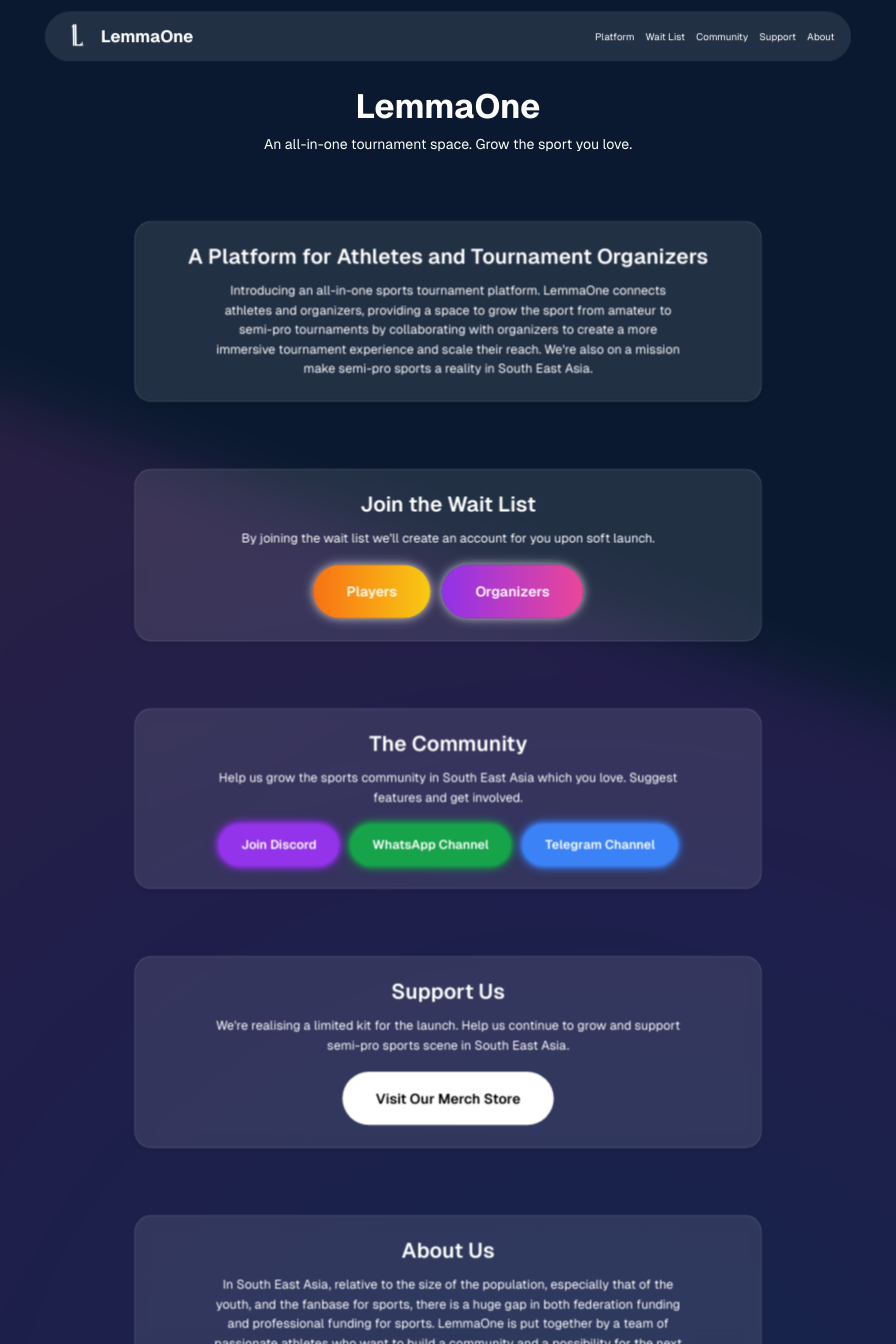
Repository: yao-creative/lemma-one-launch
Page: /
The author's editor kept a copy of each file at every save. The page is drawn from the files as they stood at one save, then again after the next save.
The browser window is 1280 px wide. The pictures show the part of the page from y = 0 to 1920 px (the page is 2996 px tall), at 70% of full size.
The project was rebuilt for these pictures with package versions that can differ from the ones it lists, and the page was loaded fresh each time. The framework's server and built-in components were replaced by stand-ins that run in the browser. Also part of the build but not shown: next.config.js, next.config.mjs, app/components/WaitListForm.tsx.

Above is the page before, as saved 2024-09-28 15:12:02.

### app/layout.tsx
import type { Metadata } from "next";
import localFont from "next/font/local";
import "./globals.css";

const geistSans = localFont({
  src: "./fonts/GeistVF.woff",
  variable: "--font-geist-sans",
  weight: "100 900",
});

const geistMono = localFont({
  src: "./fonts/GeistMonoVF.woff",
  variable: "--font-geist-mono",
  weight: "100 900",
});

const nikeFont = localFont({
  src: "./fonts/Futura-Condensed-Extra-Bold.otf",
  variable: "--font-nike",
});

export const metadata: Metadata = {
  title: "LemmaOne",
  description: "A space for semi-pro athletes. Growing the sport we love.",
};

export default function RootLayout({
  children,
}: Readonly<{
  children: React.ReactNode;
}>) {
  return (
    <html lang="en">
      <body
        className={`${geistSans.variable} ${geistMono.variable} ${nikeFont.variable} antialiased`}
      >
        {children}
      </body>
    </html>
  );
}

### app/page.tsx
'use client';

import { useRef, useState } from 'react';
import Image from 'next/image';
import { signUpWithGoogle, signUpWithFacebook, signUpWithPhone } from './lib/auth';
import { ApplicationVerifier } from 'firebase/auth';
import WaitListForm from './components/WaitListForm';
import FAQSection from './components/FAQSection';
import AboutSection from './components/AboutSection';

export default function Home() {
  const [menuOpen, setMenuOpen] = useState(false);
  const platformRef = useRef<HTMLElement>(null);
  const waitListRef = useRef<HTMLElement>(null);
  const communityRef = useRef<HTMLElement>(null);
  const supportRef = useRef<HTMLElement>(null);
  const aboutRef = useRef<HTMLElement>(null);
  const faqRef = useRef<HTMLElement>(null);

  const scrollToSection = (ref: React.RefObject<HTMLElement>) => {
    ref.current?.scrollIntoView({ behavior: 'smooth' });
    setMenuOpen(false);
  };

  const [openFAQ, setOpenFAQ] = useState<number | null>(null);

  const toggleFAQ = (index: number) => {
    setOpenFAQ(openFAQ === index ? null : index);
  };

  const faqs = [
    {
      question: "Why LemmaOne?",
      answer: "A Lemma is a term in mathematics for an intermediate result or tool to prove a theorem. We are creating LemmaOne to prove that semi-pro sports is possible in South East Asia."
    },
    {
      question: "When are we planning to launch?",
      answer: "We plan on launching end of October or sometime in November with initial features and then add more features as we grow."
    },
    {
      question: "How can I join the wait list?",
      answer: "You can join the wait list by clicking on either the 'Players' or 'Organizers' button in the 'Join the Wait List' section and filling the form. We'll create an account for you upon soft launch."
    },
    {
      question: "What sports do you intend to add?",
      answer: "Currently Badminton, Volleyball, Basketball, Football, and Futsal, but we're open to suggestions"
    },
    {
      question: "What Features do we intend to add?",
      answer: "We're currently building a platform for sports hosting, but would like to grow into an interactive community to help build local tournaments to create a more immersive tournament experience, broaden their reach, and find new monetization methods. This way we can help grow a sustainable semi-pro sports community in South East Asia. "
    },
    {
      question: "Feature Suggestions?",
      answer: "We're always looking for new ideas an feature improvements. Join the Discord to build a community with us."
    },
    {
      question: "Have something to contribute?",
      answer: (
        <div className="flex flex-col items-center">
          <p>We're always looking for passionate web developers, designers, people with ideas, and passionate athletes to grow the community. You can contact us through our email or team member linkedin pages.</p>
          <a href="mailto:yytanwork@gmail.com" className="mt-2">
            <Image src="/icons/email.svg" alt="Email" width={24} height={24} />
          </a>
        </div>
      ),
    }

  ];

  const [showPlayerForm, setShowPlayerForm] = useState(false);
  const [showOrganizerForm, setShowOrganizerForm] = useState(false);
  const [formData, setFormData] = useState({
    name: '',
    sports: [] as string[],
    otherSports: [] as string[], // Changed from otherSport to otherSports
    interestLevel: '',
    features: '',
    interestedFeatures: [] as string[],
  });

  const handleInputChange = (e: React.ChangeEvent<HTMLInputElement | HTMLSelectElement | HTMLTextAreaElement>) => {
    const { name, value, type } = e.target;

    if (type === 'select-multiple') {
      const select = e.target as HTMLSelectElement;
      const selectedOptions = Array.from(select.selectedOptions).map(option => option.value);
      setFormData(prevData => ({
        ...prevData,
        [name]: selectedOptions,
      }));
    } else {
      setFormData(prevData => ({
        ...prevData,
        [name]: value,
      }));
    }
  };


  const toggleForm = (formType: 'player' | 'organizer') => {
    if (formType === 'player') {
      setShowPlayerForm(true);
      setShowOrganizerForm(false);
    } else {
      setShowPlayerForm(false);
      setShowOrganizerForm(true);
    }
    // Don't reset form data when switching between forms
  };

  const handleSubmit = (e: React.FormEvent<HTMLFormElement>) => {
    e.preventDefault();
    // Here you would handle the form submission, including OAuth authentication
    console.log('Form submitted:', formData);
    // Reset form and hide it after submission
    setFormData({ name: '', sports: [], interestLevel: '', features: '', interestedFeatures: [] });
    setShowPlayerForm(false);
    setShowOrganizerForm(false);
  };

  const handleSignUp = async (method: 'google' | 'facebook' | 'phone') => {
    try {
      let user;
      switch (method) {
        case 'google':
          user = await signUpWithGoogle(formData);
          break;
        case 'facebook':
          user = await signUpWithFacebook(formData);
          break;
        case 'phone':
          // You'll need to implement a way to get the phone number and set up the ApplicationVerifier
          const phoneNumber = '+1234567890'; // Replace with actual phone number input
          const appVerifier = {} as ApplicationVerifier; // Replace with actual ApplicationVerifier
          user = await signUpWithPhone(phoneNumber, appVerifier, formData);
          break;
      }
      console.log('User signed up:', user);
      // Handle successful sign-up (e.g., show a success message, redirect, etc.)
    } catch (error) {
      console.error('Error signing up:', error);
      // Handle sign-up error (e.g., show an error message)
    }
  };

  return (
    <div className="min-h-screen bg-darkBlue text-white relative overflow-hidden">
      {/* Background layer with glass morphism effect */}
      <div className="absolute inset-0 overflow-hidden">
        <div className="glassmorphism-bg"></div>
      </div>

      <nav className="fixed top-0 left-0 right-0 z-50">
        <div className="mx-auto max-w-6xl mt-4 px-6 py-3 bg-white/10 backdrop-blur-md rounded-full flex justify-between items-center">
          <div className="flex items-center space-x-2">
            <Image src="/logo192.png" alt="LemmaOne Logo" width={48} height={40} />
            <h1 className="text-2xl font-bold font-nike">LemmaOne</h1>
          </div>
          <div className="hidden md:flex space-x-4 items-center">
            <button onClick={() => scrollToSection(platformRef)} className="text-sm hover:text-gray-300">Platform</button>
            <button onClick={() => scrollToSection(waitListRef)} className="text-sm hover:text-gray-300">Wait List</button>
            <button onClick={() => scrollToSection(communityRef)} className="text-sm hover:text-gray-300">Community</button>
            <button onClick={() => scrollToSection(supportRef)} className="text-sm hover:text-gray-300">Support</button>
            <button onClick={() => scrollToSection(aboutRef)} className="text-sm hover:text-gray-300">About</button>
          </div>
          <button onClick={() => setMenuOpen(!menuOpen)} className="md:hidden">
            <svg className="w-6 h-6" fill="none" stroke="currentColor" viewBox="0 0 24 24" xmlns="http://www.w3.org/2000/svg">
              <path strokeLinecap="round" strokeLinejoin="round" strokeWidth={2} d="M4 6h16M4 12h16M4 18h16" />
            </svg>
          </button>
        </div>
        {menuOpen && (
          <div className="md:hidden absolute top-full left-0 right-0 bg-black/90 backdrop-blur-md py-4">
            <button onClick={() => scrollToSection(platformRef)} className="block w-full text-left px-6 py-2 hover:bg-white/10">Platform</button>
            <button onClick={() => scrollToSection(waitListRef)} className="block w-full text-left px-6 py-2 hover:bg-white/10">Join Wait List</button>
            <button onClick={() => scrollToSection(communityRef)} className="block w-full text-left px-6 py-2 hover:bg-white/10">Community</button>
            <button onClick={() => scrollToSection(supportRef)} className="block w-full text-left px-6 py-2 hover:bg-white/10">Support</button>
            <button onClick={() => scrollToSection(aboutRef)} className="block w-full text-left px-6 py-2 hover:bg-white/10">About</button>
          </div>
        )}
      </nav>

      <main className="relative z-10 flex min-h-screen flex-col items-center justify-between p-4 md:p-24 space-y-16 md:space-y-24 pt-24 md:pt-32">
        <section className="text-center flex flex-col items-center title-section">
          <h2 className="text-4xl md:text-5xl font-bold font-nike mb-4">LemmaOne</h2>
          <p className="text-lg md:text-xl max-w-2xl">An all-in-one tournament space. Grow the sport you love.</p>
        </section>

        <section ref={platformRef} className="text-center flex flex-col items-center justify-center w-full max-w-4xl section-glass rounded-3xl p-8 my-16">
          <h3 className="text-2xl md:text-3xl font-semibold font-nike mb-4">A Platform for Athletes and Tournament Organizers</h3>
          <p className="text-base md:text-lg max-w-2xl">
            Introducing an all-in-one sports tournament platform. LemmaOne connects athletes and organizers, providing a space to grow the sport from amateur to semi-pro tournaments by collaborating with organizers to create a more immersive tournament experience and scale their reach. We're also on a mission make semi-pro sports a reality in South East Asia.
          </p>
        </section>

        <section ref={waitListRef} className="text-center flex flex-col items-center justify-center w-full max-w-4xl section-glass rounded-3xl p-8 my-16">
          <h3 className="text-2xl md:text-3xl font-semibold font-nike mb-4">Join the Wait List</h3>
          <p className="text-base md:text-lg mb-6 max-w-2xl">
            By joining the wait list we'll create an account for you upon soft launch.
          </p>
          <div className="flex flex-col md:flex-row justify-center space-y-4 md:space-y-0 md:space-x-4">
            <button
              onClick={() => toggleForm('player')}
              className={`px-12 py-6 rounded-full text-xl font-semibold text-white transition-all duration-300 animate-pulse-subtle glow-button ${
                showPlayerForm ? 'bg-gradient-to-r from-orange-600 to-yellow-500' : 'bg-gradient-to-r from-orange-500 to-yellow-400 hover:from-orange-600 hover:to-yellow-500'
              }`}
            >
              Players
            </button>
            <button
              onClick={() => toggleForm('organizer')}
              className={`px-12 py-6 rounded-full text-xl font-semibold text-white transition-all duration-300 animate-pulse-subtle glow-button ${
                showOrganizerForm ? 'bg-gradient-to-r from-purple-700 to-pink-600' : 'bg-gradient-to-r from-purple-600 to-pink-500 hover:from-purple-700 hover:to-pink-600'
              }`}
            >
              Organizers
            </button>
          </div>

          {(showPlayerForm || showOrganizerForm) && (
            <WaitListForm
              formData={formData}
              setFormData={setFormData}
              handleInputChange={handleInputChange}
              handleSubmit={handleSubmit}
              handleSignUp={handleSignUp}
              showPlayerForm={showPlayerForm}
            />
          )}
        </section>

        <section ref={communityRef} className="text-center flex flex-col items-center justify-center w-full max-w-4xl section-glass rounded-3xl p-8 my-16">
          <h3 className="text-2xl md:text-3xl font-semibold font-nike mb-4">The Community</h3>
          <p className="text-base md:text-lg mb-6 max-w-2xl">
            Help us grow the sports community in South East Asia which you love. Suggest features and get involved.
          </p>
          <div className="flex flex-wrap justify-center gap-4">
            <a href="https://discord.gg/QztR7ZPM" className="inline-block px-8 py-4 rounded-full text-lg bg-purple-600 text-white font-semibold hover:bg-purple-700 transition-colors duration-300 neon-button-purple">
              Join Discord
            </a>
            <a href="#" className="inline-block px-8 py-4 rounded-full text-lg bg-green-600 text-white font-semibold hover:bg-green-700 transition-colors duration-300 neon-button-green">
              WhatsApp Channel
            </a>
            <a href="#" className="inline-block px-8 py-4 rounded-full text-lg bg-blue-500 text-white font-semibold hover:bg-blue-600 transition-colors duration-300 neon-button-blue">
              Telegram Channel
            </a>
          </div>
        </section>

        <section ref={supportRef} className="text-center flex flex-col items-center justify-center w-full max-w-4xl section-glass rounded-3xl p-8 my-16">
          <h3 className="text-2xl md:text-3xl font-semibold font-nike mb-4">Support Us</h3>
          <p className="text-base md:text-lg mb-6 max-w-2xl">
            We're realising a limited kit for the launch. Help us continue to grow and support semi-pro sports scene in South East Asia.
          </p>
          <a href="#" className="inline-block px-12 py-6 rounded-full text-xl bg-white text-black font-semibold hover:bg-gray-200 transition-colors duration-300">
            Visit Our Merch Store
          </a>
        </section>

        <AboutSection />
        <FAQSection faqs={faqs} />
      </main>
    </div>
  );
}

### app/lib/auth.ts
import { auth, db } from './firebase';
import { signInWithPopup, GoogleAuthProvider, FacebookAuthProvider, PhoneAuthProvider, signInWithPhoneNumber, ApplicationVerifier } from 'firebase/auth';
import { doc, setDoc } from 'firebase/firestore';

export async function signUpWithGoogle(formData: any) {
  const provider = new GoogleAuthProvider();
  try {
    const result = await signInWithPopup(auth, provider);
    await setDoc(doc(db, 'users', result.user.uid), {
      ...formData,
      email: result.user.email,
      authProvider: 'google',
    });
    return result.user;
  } catch (error) {
    console.error('Error signing up with Google:', error);
    throw error;
  }
}

export async function signUpWithFacebook(formData: any) {
  const provider = new FacebookAuthProvider();
  try {
    const result = await signInWithPopup(auth, provider);
    await setDoc(doc(db, 'users', result.user.uid), {
      ...formData,
      email: result.user.email,
      authProvider: 'facebook',
    });
    return result.user;
  } catch (error) {
    console.error('Error signing up with Facebook:', error);
    throw error;
  }
}

export async function signUpWithPhone(phoneNumber: string, appVerifier: ApplicationVerifier, formData: any) {
  try {
    const confirmationResult = await signInWithPhoneNumber(auth, phoneNumber, appVerifier);
    // You'll need to implement a way to get the verification code from the user
    // For this example, we'll assume you have a way to get the code
    const verificationCode = await getVerificationCodeFromUser();
    const result = await confirmationResult.confirm(verificationCode);
    await setDoc(doc(db, 'users', result.user.uid), {
      ...formData,
      phoneNumber: result.user.phoneNumber,
      authProvider: 'phone',
    });
    return result.user;
  } catch (error) {
    console.error('Error signing up with phone:', error);
    throw error;
  }
}

// This function is a placeholder. You'll need to implement this based on your UI.
async function getVerificationCodeFromUser(): Promise<string> {
  // Implement your logic to get the verification code from the user
  return '123456'; // This is just a placeholder
}

### app/components/FAQSection.tsx
import React, { useState } from 'react';

interface FAQ {
  question: string;
  answer: string | JSX.Element;
}

interface FAQSectionProps {
  faqs: FAQ[];
}

const FAQSection: React.FC<FAQSectionProps> = ({ faqs }) => {
  const [openFAQ, setOpenFAQ] = useState<number | null>(null);

  const toggleFAQ = (index: number) => {
    setOpenFAQ(openFAQ === index ? null : index);
  };

  return (
    <section className="text-center flex flex-col items-center justify-center w-full max-w-4xl section-glass rounded-3xl p-8 my-16">
      <h3 className="text-2xl md:text-3xl font-semibold font-nike mb-8">Frequently Asked Questions</h3>
      <div className="w-full max-w-2xl">
        {faqs.map((faq, index) => (
          <div key={index} className="mb-4">
            <button
              className="flex justify-between items-center w-full text-left px-4 py-2 bg-gray-800 hover:bg-gray-700 transition-colors duration-300 rounded-lg"
              onClick={() => toggleFAQ(index)}
            >
              <span className="text-lg font-semibold">{faq.question}</span>
              <span className="text-2xl">{openFAQ === index ? '−' : '+'}</span>
            </button>
            {openFAQ === index && (
              <div className="mt-2 px-4 py-2 bg-gray-900 rounded-lg">
                <p className="text-base">{faq.answer}</p>
              </div>
            )}
          </div>
        ))}
      </div>
    </section>
  );
};

export default FAQSection;

### app/components/AboutSection.tsx
import React from 'react';
import Image from 'next/image';

const AboutSection: React.FC = () => {
  return (
    <section className="text-center flex flex-col items-center justify-center w-full max-w-4xl section-glass rounded-3xl p-8 my-16">
      <h3 className="text-2xl md:text-3xl font-semibold font-nike mb-4">About Us</h3>
      <p className="text-base md:text-lg max-w-2xl mb-8">
        In South East Asia, relative to the size of the population, especially that of the youth, and the fanbase for sports, there is a huge gap in both federation funding and professional funding for sports. LemmaOne is put together by a team of passionate athletes who want to build a community and a possibility for the next generation to realize their dreams in competitive sports.
      </p>
      <div className="flex flex-col items-center w-full">
        <h3 className="text-xl font-semibold mb-4 text-center">Yao</h3>
        <div className="flex flex-col md:flex-row items-center md:items-start gap-4">
          <div className="relative w-28 h-28 flex-shrink-0 mb-4 md:mb-0">
            <Image
              src="/about/profile.jpg"
              alt="Yao"
              layout="fill"
              objectFit="cover"
              className="rounded-full"
            />
          </div>
          <p className="text-sm opacity-70 text-center md:text-left md:pr-4 max-w-prose">
            Hi my name is Yao. I've been playing volleyball competitively since I was 14. I've competed in the largest national tournament when I was 17. After that, the notion of going pro for sports was almost non-existent in my country. I took a gamble and went abroad for a gap year. I ended up majoring in mathematics and computer science in university and, five years later, I'm back in this corner of the world to build things.
          </p>
        </div>
        <div className="flex flex-row items-center justify-center mt-4">
          <a href="https://www.linkedin.com/in/yi-yao-tan-9719301a3/" className="flex items-center mx-2">
            <Image src="/icons/linkedin.svg" alt="LinkedIn" width={24} height={24} className="hover:opacity-80" />
          </a>
          <a href="mailto:yytanwork@gmail.com" className="flex items-center mx-2">
            <Image src="/icons/email.svg" alt="Email" width={24} height={24} className="hover:opacity-80" />
          </a>
        </div>
      </div>
    </section>
  );
};

export default AboutSection;

### app/lib/firebase.ts
import { initializeApp, getApps } from 'firebase/app';
import { getAuth } from 'firebase/auth';
import { getFirestore } from 'firebase/firestore';

const firebaseConfig = {
  apiKey: process.env.NEXT_PUBLIC_FIREBASE_API_KEY,
  authDomain: process.env.NEXT_PUBLIC_FIREBASE_AUTH_DOMAIN,
  projectId: process.env.NEXT_PUBLIC_FIREBASE_PROJECT_ID,
  storageBucket: process.env.NEXT_PUBLIC_FIREBASE_STORAGE_BUCKET,
  messagingSenderId: process.env.NEXT_PUBLIC_FIREBASE_MESSAGING_SENDER_ID,
  appId: process.env.NEXT_PUBLIC_FIREBASE_APP_ID,
  measurementId: process.env.NEXT_PUBLIC_FIREBASE_MEASUREMENT_ID,
};

// Initialize Firebase
let firebase_app = getApps().length === 0 ? initializeApp(firebaseConfig) : getApps()[0];

// Initialize Firebase services
const auth = getAuth(firebase_app);
const db = getFirestore(firebase_app);

export { firebase_app, auth, db };

### tailwind.config.ts
import type { Config } from "tailwindcss";

const config: Config = {
  content: [
    "./pages/**/*.{js,ts,jsx,tsx,mdx}",
    "./components/**/*.{js,ts,jsx,tsx,mdx}",
    "./app/**/*.{js,ts,jsx,tsx,mdx}",
  ],
  theme: {
    extend: {
      colors: {
        background: "var(--background)",
        foreground: "var(--foreground)",
        darkBlue: "var(--dark-blue)",
      },
    },
  },
  plugins: [],
};

export default config;

Loaded but not shown: app/globals.css (224 lines, source omitted)

After the next save:
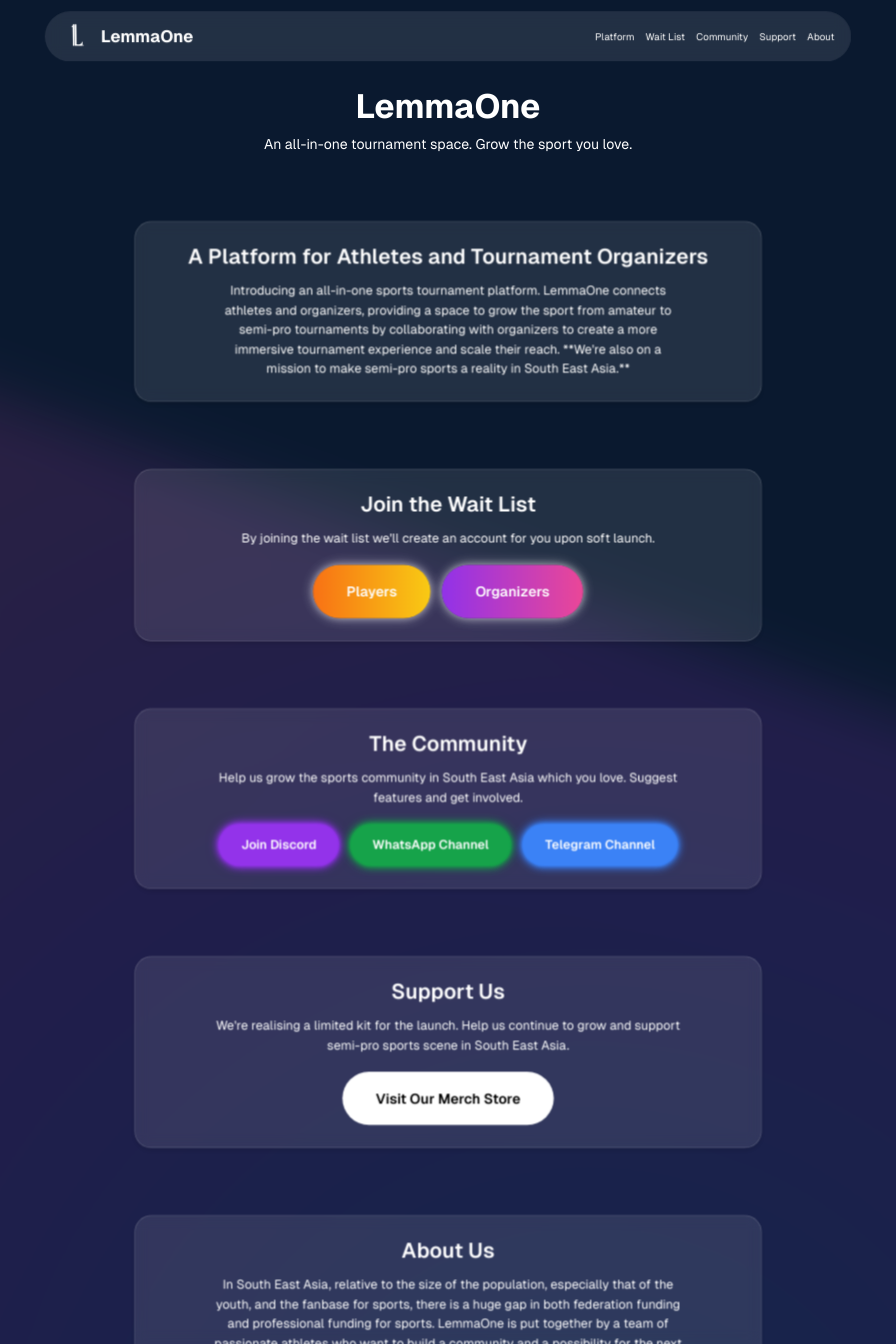
Saved 30 s later.
--- a/app/page.tsx
+++ b/app/page.tsx
@@ -189,7 +189,7 @@
         <section ref={platformRef} className="text-center flex flex-col items-center justify-center w-full max-w-4xl section-glass rounded-3xl p-8 my-16">
           <h3 className="text-2xl md:text-3xl font-semibold font-nike mb-4">A Platform for Athletes and Tournament Organizers</h3>
           <p className="text-base md:text-lg max-w-2xl">
-            Introducing an all-in-one sports tournament platform. LemmaOne connects athletes and organizers, providing a space to grow the sport from amateur to semi-pro tournaments by collaborating with organizers to create a more immersive tournament experience and scale their reach. We're also on a mission make semi-pro sports a reality in South East Asia.
+            Introducing an all-in-one sports tournament platform. LemmaOne connects athletes and organizers, providing a space to grow the sport from amateur to semi-pro tournaments by collaborating with organizers to create a more immersive tournament experience and scale their reach. **We're also on a mission to make semi-pro sports a reality in South East Asia.**
           </p>
         </section>
 
